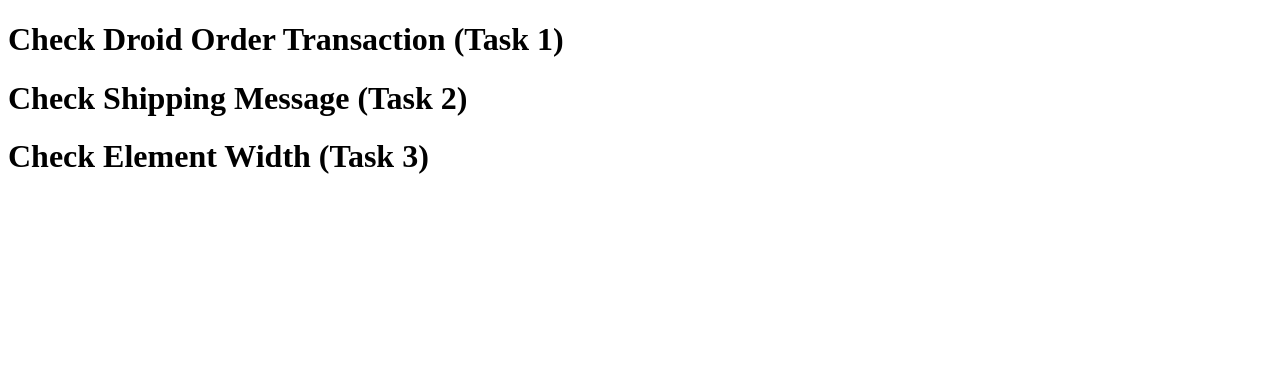
Repository: SvitSh/goit-js-hw-01
Page: index.html
These files come from the project's save history. The page is drawn as it stood at one moment and after the next save; the edit follows.
The browser window is 1280 px wide. The pictures show the whole page.

Above is the page before, as saved 2025-03-23 22:05:35.

After the next save:
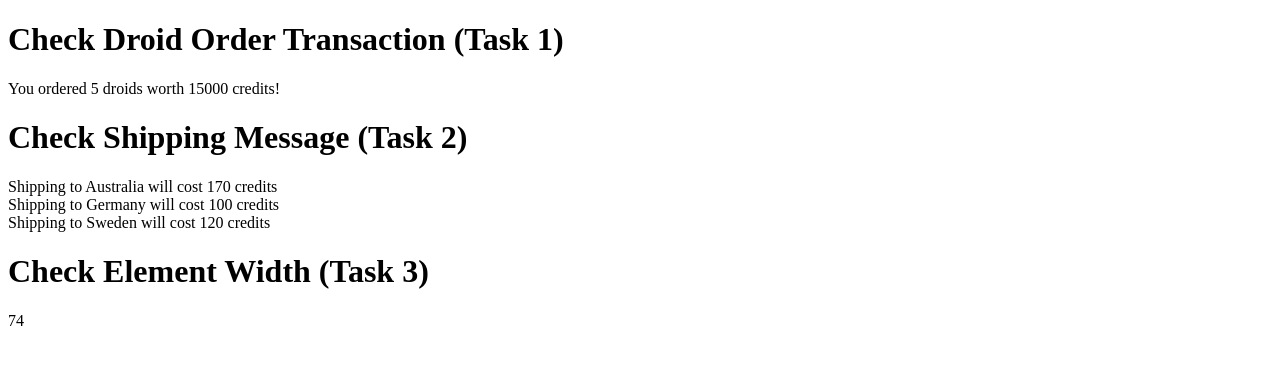
Saved 51 s later.
--- a/index.html
+++ b/index.html
@@ -7,13 +7,16 @@
   </head>
   <body>
     <h1>Check Droid Order Transaction (Task 1)</h1>
-    <p id="result1"></p> <!-- Результат для Task 1 -->
+    <p id="result1"></p>
+    <!-- Результат для Task 1 -->
 
     <h1>Check Shipping Message (Task 2)</h1>
-    <p id="result2"></p> <!-- Результат для Task 2 -->
+    <p id="result2"></p>
+    <!-- Результат для Task 2 -->
 
     <h1>Check Element Width (Task 3)</h1>
-    <p id="result3"></p> <!-- Результат для Task 3 -->
+    <p id="result3"></p>
+    <!-- Результат для Task 3 -->
 
     <!-- Подключение файлов с задачами -->
     <script src="js/task-1.js"></script>
@@ -24,4 +27,13 @@
       // Вызов функции для первой задачи
       document.getElementById('result1').innerText = makeTransaction(5, 3000);
 
-      // Выз
+      // Вызов функции для второй задачи
+      document.getElementById('result2').innerText = getShippingMessage("Australia", 120, 50);
+      document.getElementById('result2').innerText += '\n' + getShippingMessage("Germany", 80, 20);
+      document.getElementById('result2').innerText += '\n' + getShippingMessage("Sweden", 100, 20);
+
+      // Вызов функции для третьей задачи
+      document.getElementById('result3').innerText = getElementWidth("50px", "8px", "4px");
+    </script>
+  </body>
+</html>
